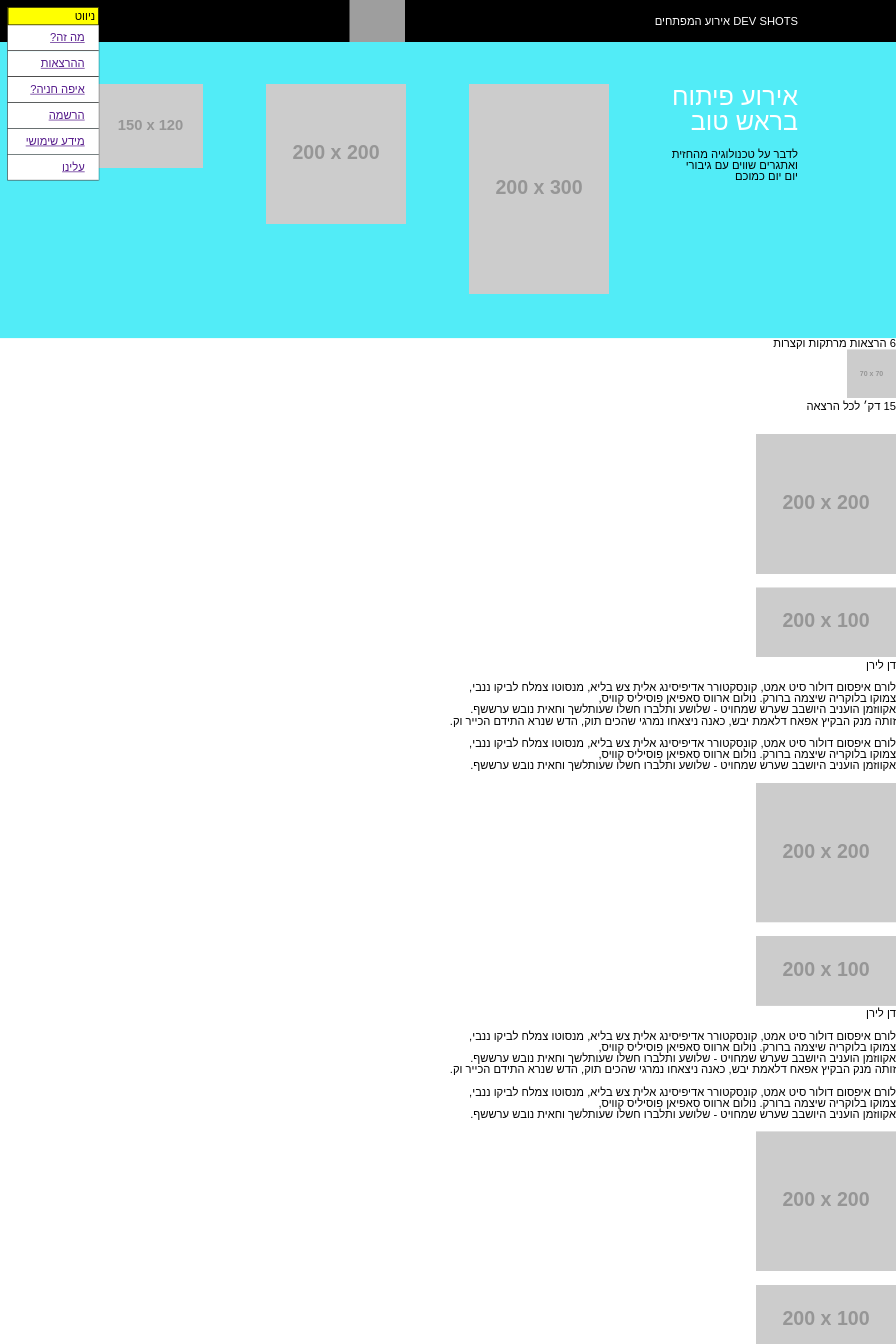
Repository: Julian-Escobar/DevShots
Page: index.html
These files come from the project's save history. The page is drawn as it stood at one moment and after the next save; the edit follows.
The browser window is 1280 px wide. The pictures show the part of the page from y = 0 to 1920 px (the page is 5946 px tall), at 70% of full size.
Pictures or frames that could not be fetched are drawn as grey boxes.

Above is the page before, as saved 2018-08-28 20:39:52.

After the next save:
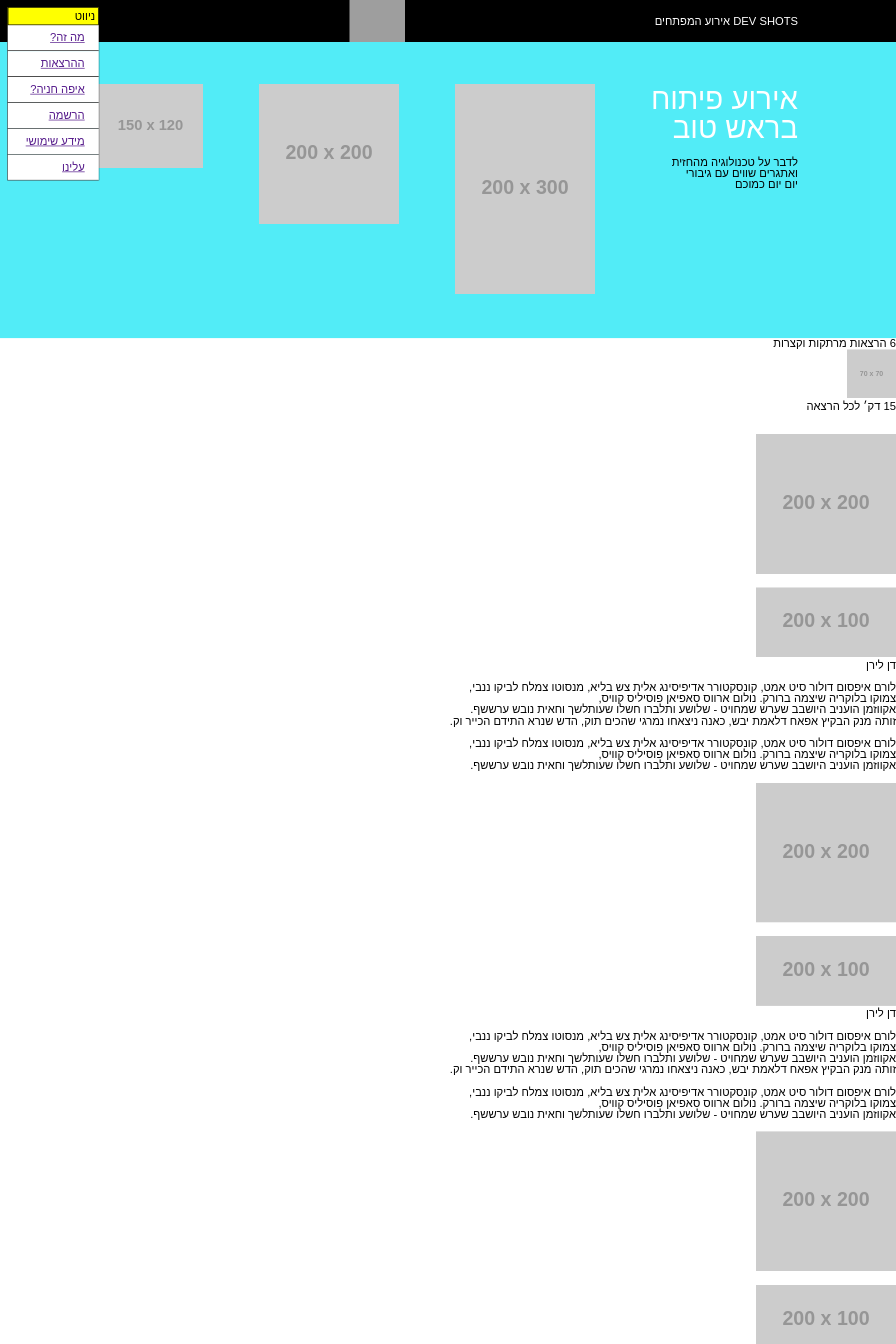
Saved 7 s later.
--- a/style.css
+++ b/style.css
@@ -157,7 +157,7 @@ header {
 }
 
 h1{
-    font-size: 36px;
+    font-size: 42px;
      color: white;
      padding-bottom: 20px;
 }
